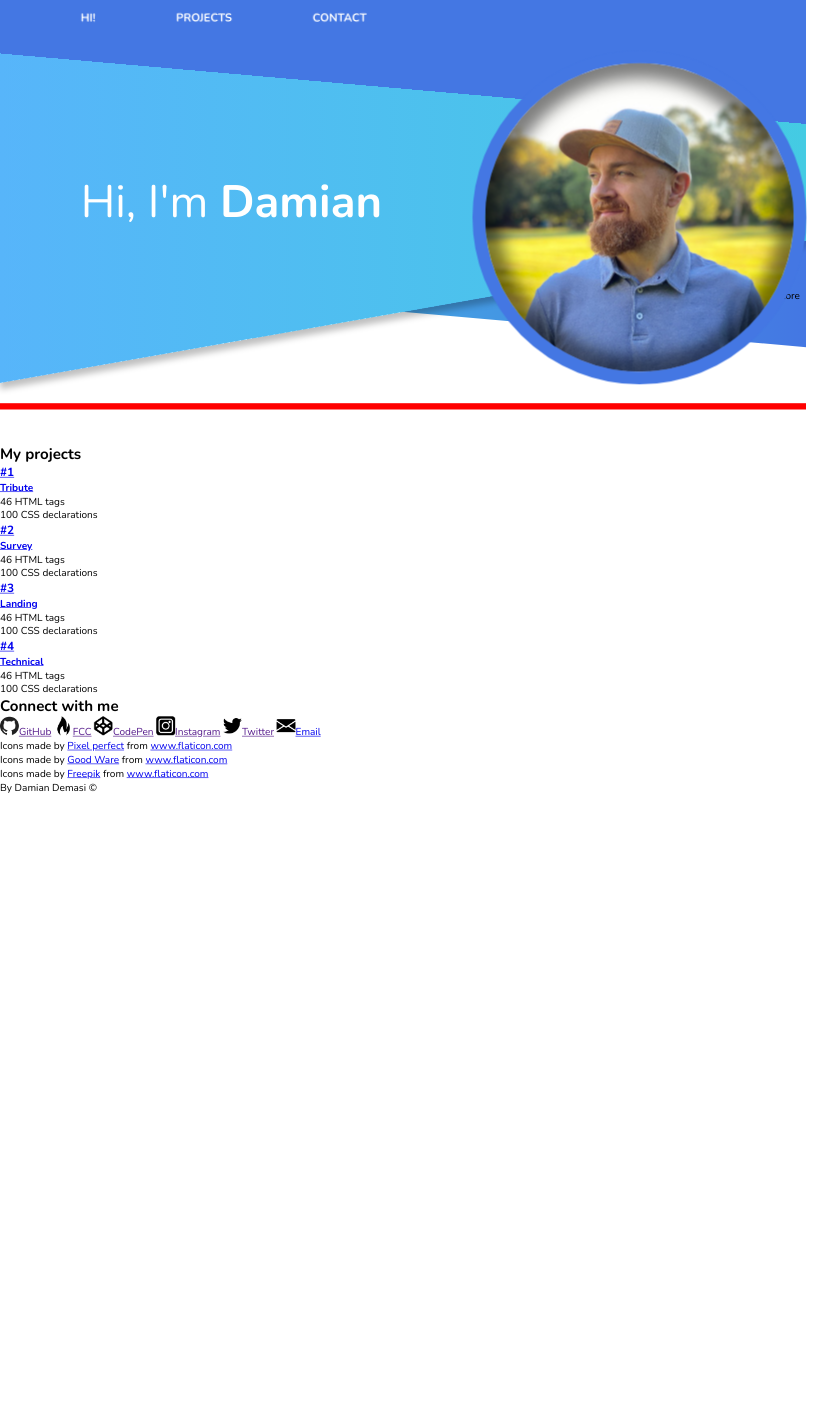
Repository: Colo-Codes/freecodecamp-05-Personal-Portfolio-Webpage
Page: index.html
An editor plug-in stored every save of this project. The page is shown before and after the next save, followed by the edit.
The browser window is 1280 px wide. The page is 1280 px wide, then 1320 px, so the pictures cover 1320 px, including what lies to the right of the window. The pictures show the whole page, at 63% of full size.

Above is the page before, as saved 2021-06-03 14:16:47.

After the next save:
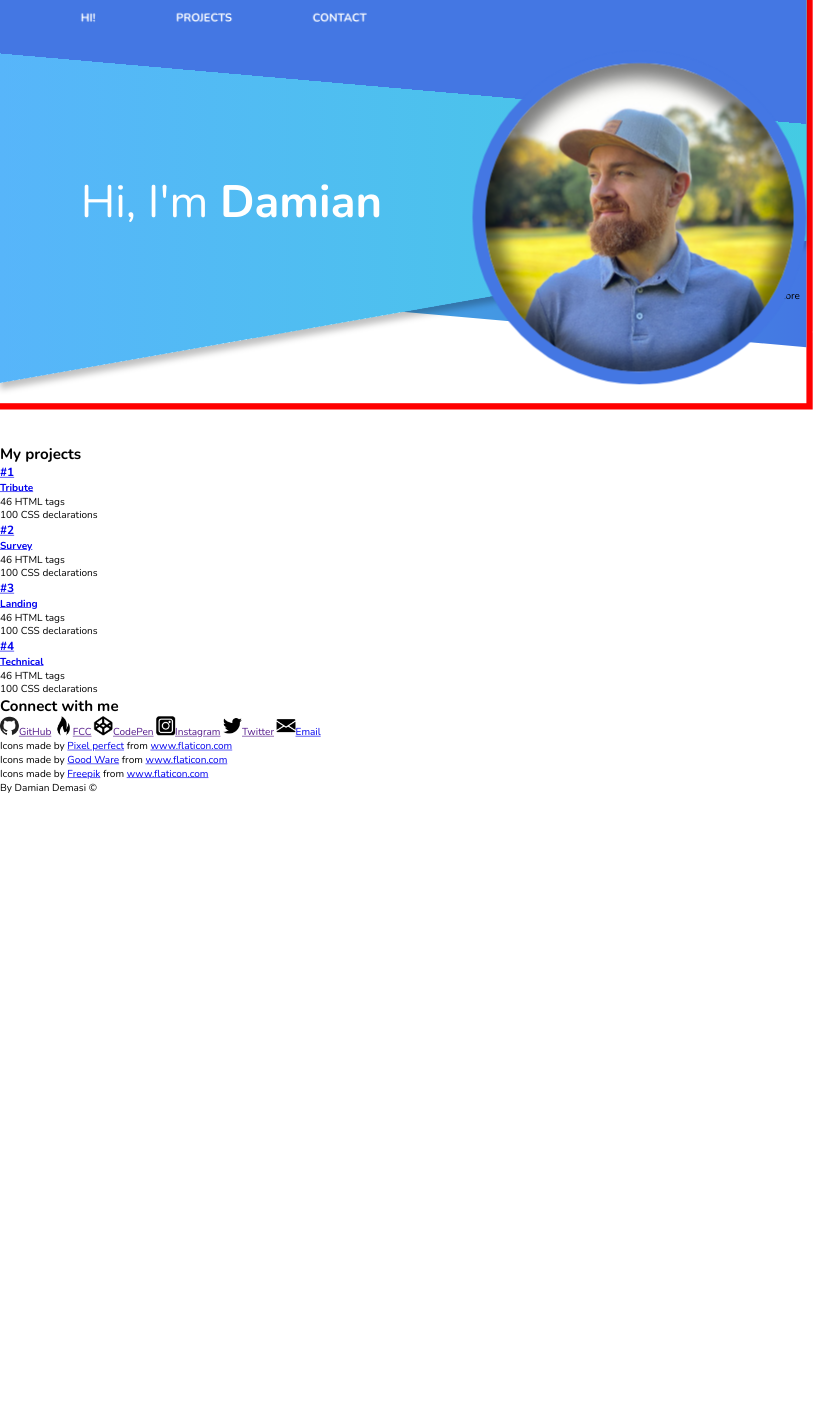
Saved 39 s later.
--- a/css/index.css
+++ b/css/index.css
@@ -82,10 +82,7 @@ body {
     font-weight: 300;
 }
 
-#hero-text-container > img:last-of-type {
-    margin: 1rem 0 0 8rem;
-    filter: invert(1);
-}
+
 
 #hero-text-container > p:first-of-type {
     margin-left: 8rem;
@@ -150,6 +147,11 @@ body {
 }
 
 
+#scroll-to-explore > img:last-of-type {
+    margin: 1rem 0 0 8rem;
+    filter: invert(1);
+}
+
 /* Projects */
 
 #projects {
